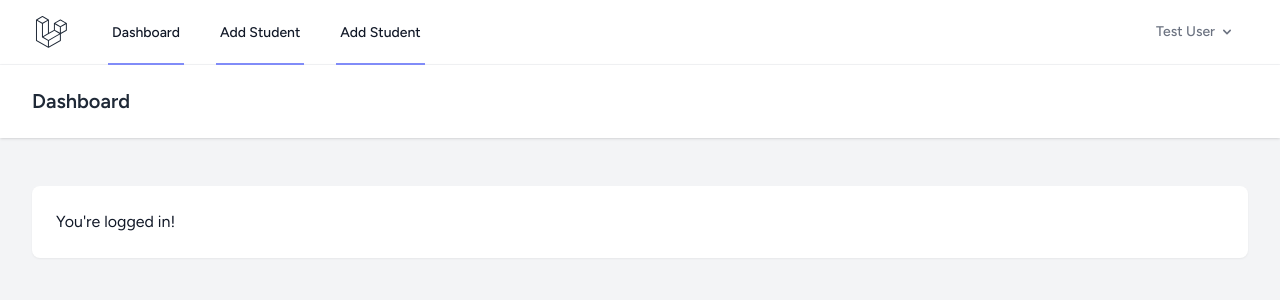
Repository: rkrukshan/CRUD-with-Laravel-V.10-Breeze
Page: http://localhost/dashboard
These files come from the project's save history. The page is drawn as it stood at one moment and after the next save; the edit follows.
The browser window is 1280 px wide. The pictures show the whole page.
The page is served by the project's Laravel application, run on PHP 8.4 with Laravel 10. A made-up administrator, Test User (test@example.com), is signed in. Style sheets and scripts are compiled from the project's sources, by tool versions that may differ from the author's.

Above is the page before, as saved 2023-11-15 10:35:56.

After the next save:
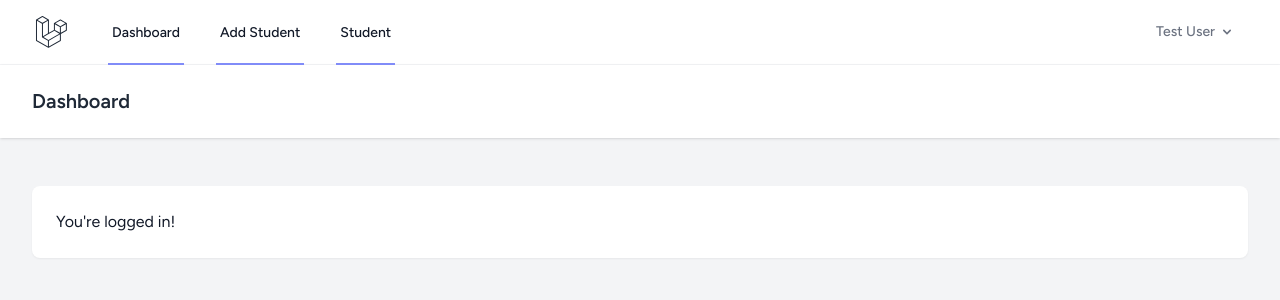
Saved 9 s later.
--- a/resources/views/layouts/navigation.blade.php
+++ b/resources/views/layouts/navigation.blade.php
@@ -23,7 +23,7 @@
 
 
                     <x-nav-link :href="url('student')" :active="request()->routeIs('dashboard')">
-                        {{ __('Add Student') }}
+                        {{ __('Student') }}
                     </x-nav-link>
 
 
